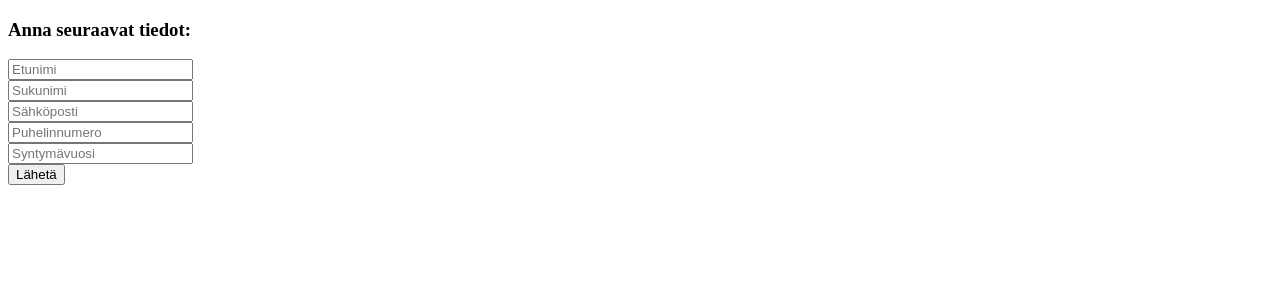
Repository: er-12/tehtava6
Page: http://localhost/t3/kysy.jsp
The author's editor kept a copy of each file at every save. The page is drawn from the files as they stood at one save, then again after the next save.
The browser window is 1280 px wide. The pictures show the whole page.
The page is served by Tomcat 9.

Above is the page before, as saved 2021-04-17 11:06:13.

### t3/WebContent/kysy.jsp
<%@ page language="java" contentType="text/html; charset=UTF-8"
    pageEncoding="UTF-8"%>
<!DOCTYPE html>
<html>
<head>
<meta charset="UTF-8">
<title>Insert title here</title>
</head>
<body>
<h3>Anna seuraavat tiedot:</h3>
<form action="nayta.jsp" method="POST">
	<input type="text" name="etunimi" placeholder= "Etunimi"><br>
	<input type="text" name="sukunimi" placeholder= "Sukunimi"><br>
	<input type="text" name="sposti" placeholder= "Sähköposti"><br>
	<input type="text" name="puhelin" placeholder= "Puhelinnumero"><br>
	<input type="text" name="vuosi" placeholder= "Syntymävuosi"><br>
	<input type="submit" value="Lähetä">
</form>
</body>
</html>
<!-- 2)	Tee sivulle kysy.jsp lomake, jossa pyydät käyttäjltä seuraavat tiedot:
a.	Etunimi
b.	Sukunimi
c.	Sähköposti
d.	Puhelin
e.	Syntymävuosi
 -->

After the next save:
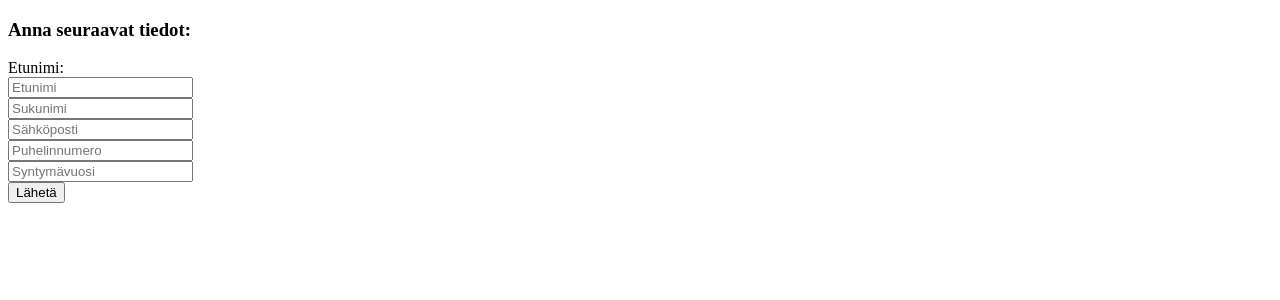
Saved 2 min 2 s later.
--- a/t3/WebContent/kysy.jsp
+++ b/t3/WebContent/kysy.jsp
@@ -9,6 +9,7 @@
 <body>
 <h3>Anna seuraavat tiedot:</h3>
 <form action="nayta.jsp" method="POST">
+	<label for="etunimi">Etunimi:</label><br>
 	<input type="text" name="etunimi" placeholder= "Etunimi"><br>
 	<input type="text" name="sukunimi" placeholder= "Sukunimi"><br>
 	<input type="text" name="sposti" placeholder= "Sähköposti"><br>
